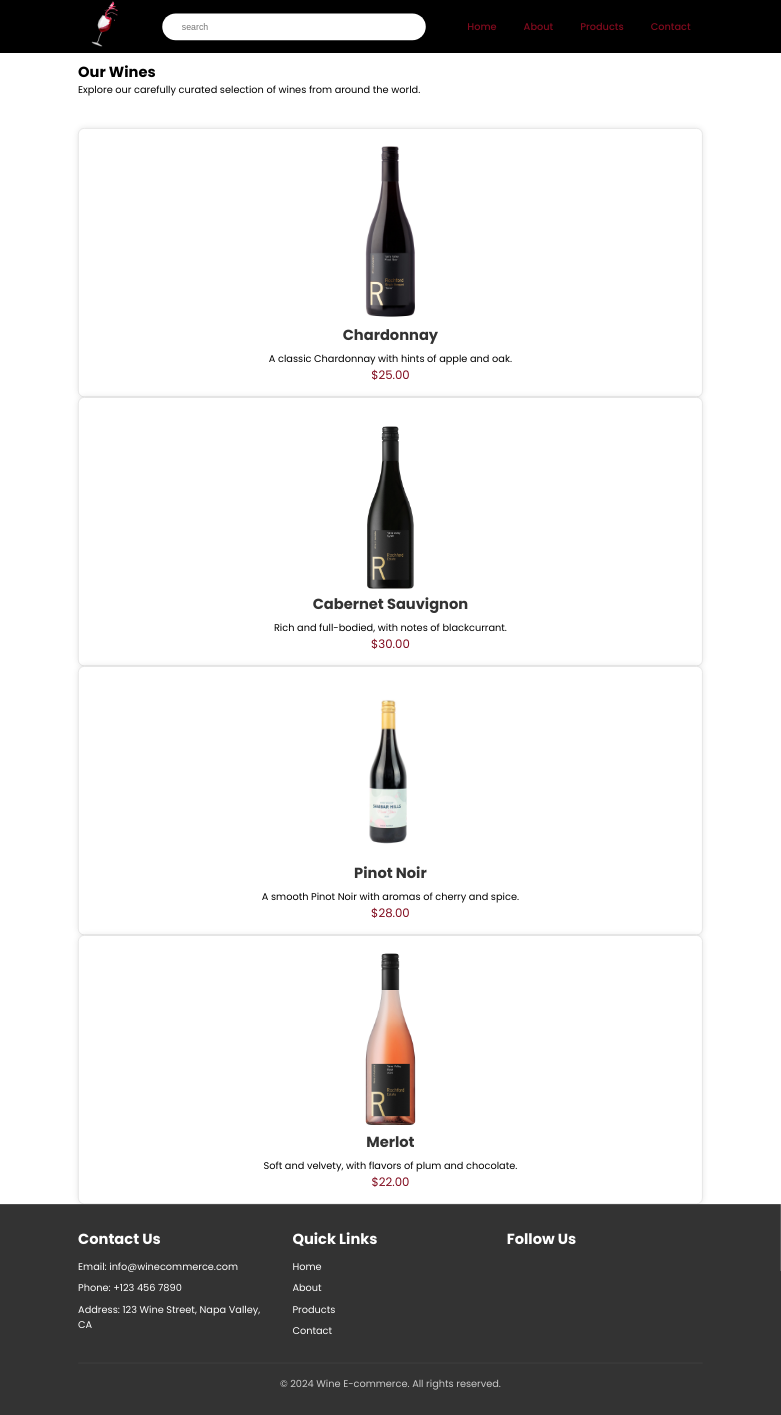
Repository: vncntxl/assesment3
Page: products.html
These files come from the project's save history. The page is drawn as it stood at one moment and after the next save; the edit follows.
The browser window is 1280 px wide. The pictures show the whole page, at 61% of full size.

Above is the page before, as saved 2024-08-22 13:27:59.

### products.html
<!DOCTYPE html>
<html lang="en">

<head>
    <meta charset="UTF-8">
    <meta name="viewport" content="width=device-width, initial-scale=1.0">
    <title>Products - Wine E-commerce</title>
    <link rel="stylesheet" href="styles.css">
</head>

<body>
    <!-- START OF NAVBAR -->
    <nav class="nav">
        <div class="container">
            <a href="index.html">
                <img class="logo" src="images/logo.png" alt="Logo">
            </a>
            <div class="search-bar">
                <i class="uil uil-search"></i>
                <input type="search" placeholder="search">
            </div>
            <ul>
                <li><a href="index.html">Home</a></li>
                <li><a href="about.html">About</a></li>
                <li><a href="products.html" class="active">Products</a></li>
                <li><a href="#">Contact</a></li>
            </ul>
        </div>
    </nav>
    <!-- END OF NAVBAR -->

    <!-- START OF PRODUCTS SECTION -->
    <section class="products-hero">
        <div class="container">
            <h1>Our Wines</h1>
            <p>Explore our carefully curated selection of wines from around the world.</p>
        </div>
    </section>

    <section class="product-grid container">
        <div class="product-card">
            <img src="images/wine1.jpg" alt="Chardonnay">
            <h3>Chardonnay</h3>
            <p class="description">A classic Chardonnay with hints of apple and oak.</p>
            <p class="price">$25.00</p>
        </div>

        <div class="product-card">
            <img src="images/wine2.png" alt="Cabernet Sauvignon">
            <h3>Cabernet Sauvignon</h3>
            <p class="description">Rich and full-bodied, with notes of blackcurrant.</p>
            <p class="price">$30.00</p>
        </div>

        <div class="product-card">
            <img src="images/wine3.webp" alt="Pinot Noir">
            <h3>Pinot Noir</h3>
            <p class="description">A smooth Pinot Noir with aromas of cherry and spice.</p>
            <p class="price">$28.00</p>
        </div>

        <div class="product-card">
            <img src="images/wine4.jpg" alt="Merlot">
            <h3>Merlot</h3>
            <p class="description">Soft and velvety, with flavors of plum and chocolate.</p>
            <p class="price">$22.00</p>
        </div>

        <!-- Add more product cards as needed -->
    </section>
    <!-- END OF PRODUCTS SECTION -->

    <!-- START OF FOOTER -->
    <footer class="footer">
        <div class="container">
            <div class="footer-columns">
                <div class="footer-column">
                    <h3>Contact Us</h3>
                    <ul>
                        <li>Email: info@winecommerce.com</li>
                        <li>Phone: +123 456 7890</li>
                        <li>Address: 123 Wine Street, Napa Valley, CA</li>
                    </ul>
                </div>
                <div class="footer-column">
                    <h3>Quick Links</h3>
                    <ul>
                        <li><a href="index.html">Home</a></li>
                        <li><a href="about.html">About</a></li>
                        <li><a href="products.html">Products</a></li>
                        <li><a href="#">Contact</a></li>
                    </ul>
                </div>
                <div class="footer-column">
                    <h3>Follow Us</h3>
                    <ul class="social-links">
                        <li><a href="#"><i class="uil uil-facebook-f"></i></a></li>
                        <li><a href="#"><i class="uil uil-twitter"></i></a></li>
                        <li><a href="#"><i class="uil uil-instagram"></i></a></li>
                        <li><a href="#"><i class="uil uil-linkedin-alt"></i></a></li>
                    </ul>
                </div>
            </div>
            <p class="footer-note">&copy; 2024 Wine E-commerce. All rights reserved.</p>
        </div>
    </footer>
    <!-- END OF FOOTER -->

</body>

</html>

### styles.css
/* font */
@import url('https://fonts.googleapis.com/css2?family=Poppins:ital,wght@0,100;0,200;0,300;0,400;0,500;0,600;0,700;0,800;0,900;1,100;1,200;1,300;1,400;1,500;1,600;1,700;1,800;1,900&display=swap');

* {
    padding: 0;
    margin: 0;
    box-sizing: border-box;
    outline: none;
    border: none;
}

body {
    font-family: 'Poppins', sans-serif;
}

.container {
    width: 80%;
    margin: 0 auto;
}

nav {
    width: 100%;
    background-color: black;
    padding: 0.7 rem 0;
    position: fixed;
    top: 0;
    z-index: 10;
}

.logo {
    max-width: 90px;
}

nav .container {
    display: flex;
    align-items: center;
    justify-content: space-between;
}

.search-bar {
    background-color: #fff;
    border-radius: 2rem;
    padding: 0.6rem 1rem;
    margin: 15px;
}

.search-bar input[type="search"] {
    background: transparent;
    width: 30vw;
    margin-left: 1rem;
    font-size: 0.9rem;
    color: #800A1D;

}

nav li {
    display: inline-block;
    padding: 0 20px;
}

nav li a {
    text-decoration: none;
    color: #800A1D;
    font-weight: 500;
}

.hero-section {
    margin-top: 85px;
}

.white-image {
    background-image: url(images/white.jpg);
}

.red-image {
    background-image: url(images/red.jpg);

}

.rose-image {
    background-image: url(images/rose.jpg);

}

.sparkling-image {
    background-image: url(images/white.jpg);

}

.carousel {
    background: #EEE;
    font-size: 80px;
    color: #fff;
    font-weight: 600;
    max-height: 500px;
    margin-bottom: 50px;
}
.carousel-cell {
    width: 100%;
    height: 500px;
    display: flex;
    align-items: center;
    justify-content: center;
    background-size: cover;
    background-position: center;
    background-repeat: no-repeat;
    transition: opacity 0.3s ease;
}

/* cell number */
.carousel-cell:before {
    display: block;
    text-align: center;
    line-height: 200px;
    font-size: 80px;
    color: white;
}


/* big buttons, no circle */
.flickity-prev-next-button {
    width: 50px;
    height: 50px;
    background: rgba(255, 255, 255, 0.5);
    position: absolute;
    top: 50%;
    transform: translateY(-50%);
    z-index: 1000;
}

/* arrow color */
.flickity-prev-next-button .arrow {
    fill: white;
}

.flickity-prev-next-button.no-svg {
    color: white;
}

.flickity-prev-next-button:hover {
    background: transparent;
}

/* hide disabled button */
.flickity-prev-next-button:disabled {
    display: none;
}
/* Start of main content section */
.main-content {
    margin: 0px px;
}

.featured-products {
    text-align: center;
    margin-bottom: 50px;
}

.featured-products h2 {
    font-size: 2.5rem;
    color: #800A1D;
}

.products {
    display: grid;
    grid-template-columns: repeat(auto-fit, minmax(250px, 1fr));
    gap: 20px;
    margin-top: 20px;
}

.product-card {
    background-color: #fff;
    border: 1px solid #ddd;
    border-radius: 10px;
    overflow: hidden;
    box-shadow: 0px 0px 10px rgba(0, 0, 0, 0.1);
    transition: transform 0.3s ease;
    text-align: center;
    padding: 20px;
}

.product-card img {
    width: 100%;
    height: 300px;
    object-fit: contain;
    display: block;
    margin: 0 auto;
}


.product-card h3 {
    font-size: 1.5rem;
    color: #333;
    margin-bottom: 10px;
}

.product-card .price {
    font-size: 1.2rem;
    color: #800A1D;
}

.product-card:hover {
    transform: translateY(-5px);
}

/* About Us Section */
.about-us {
    text-align: center;
    padding: 50px 50px;
    width: 100%;
}

.about-us h2 {
    font-size: 2.5rem;
    color: #800A1D;
    margin-bottom: 20px;
}

.about-us p {
    font-size: 1.1rem;
    color: #666;
    margin-bottom: 30px;
}

.about-us .btn {
    display: inline-block;
    background-color: #800A1D;
    color: #fff;
    padding: 10px 20px;
    border-radius: 20px;
    text-decoration: none;
    transition: background-color 0.3s ease;
}

.about-us .btn:hover {
    background-color: #a00;
}

/* Footer Styles */
.footer {
    background-color: #333;
    color: #fff;
    padding: 40px 0;
    text-align: left;
}

.footer-columns {
    display: grid;
    grid-template-columns: repeat(auto-fit, minmax(200px, 1fr));
    gap: 30px;
    margin-bottom: 30px;
}

.footer-column h3 {
    font-size: 1.5rem;
    margin-bottom: 15px;
}

.footer-column ul {
    list-style: none;
}

.footer-column ul li {
    margin-bottom: 10px;
}

.footer-column ul li a {
    color: #fff;
    text-decoration: none;
}

.footer-column ul li a:hover {
    text-decoration: underline;
}

.social-links {
    display: flex;
    gap: 10px;
}

.social-links li {
    list-style: none;
}

.social-links li a {
    color: #fff;
    font-size: 1.5rem;
    transition: color 0.3s ease;
}

.social-links li a:hover {
    color: #800A1D;
}

.footer-note {
    text-align: center;
    font-size: 1rem;
    color: #ccc;
    border-top: 1px solid #444;
    padding-top: 20px;
    margin-top: 20px;
}

.about-hero {
    background-image: url('images/about-background.jpg');
    background-size: cover;
    background-position: center;
    padding-bottom: 50px;
    text-align: center;
    color: #fff;
}

.about-hero h1 {
    font-size: 3rem;
    margin-bottom: 20px;
}

.about-hero p {
    font-size: 1.2rem;
    max-width: 700px;
    margin: 0 auto;
}

.about-content {
    display: flex;
    flex-wrap: wrap;
    margin-top: 50px;
}

.about-text {
    flex: 1;
    padding-right: 20px;
}

.about-image {
    flex: 1;
}

.about-image img {
    max-width: 100%;
    border-radius: 10px;
    box-shadow: 0px 0px 20px rgba(0, 0, 0, 0.1);
}

.team {
    text-align: center;
    margin-top: 80px;
}

.team h2 {
    font-size: 2.5rem;
    color: #800A1D;
    margin-bottom: 50px;
}

.team-grid {
    display: grid;
    grid-template-columns: repeat(auto-fit, minmax(200px, 1fr));
    gap: 30px;
}

.team-member {
    text-align: center;
}

.team-member img {
    width: 100%;
    height: auto;
    border-radius: 50%;
    margin-bottom: 15px;
}

.team-member h3 {
    font-size: 1.5rem;
    color: #333;
    margin-bottom: 5px;
}

.team-member p {
    font-size: 1rem;
    color: #777;
}

.products-hero{
    margin-top: 100px;
    margin-bottom: 50px;
}
.products-hero .product-card{
    margin-bottom: 50px;
}

After the next save:
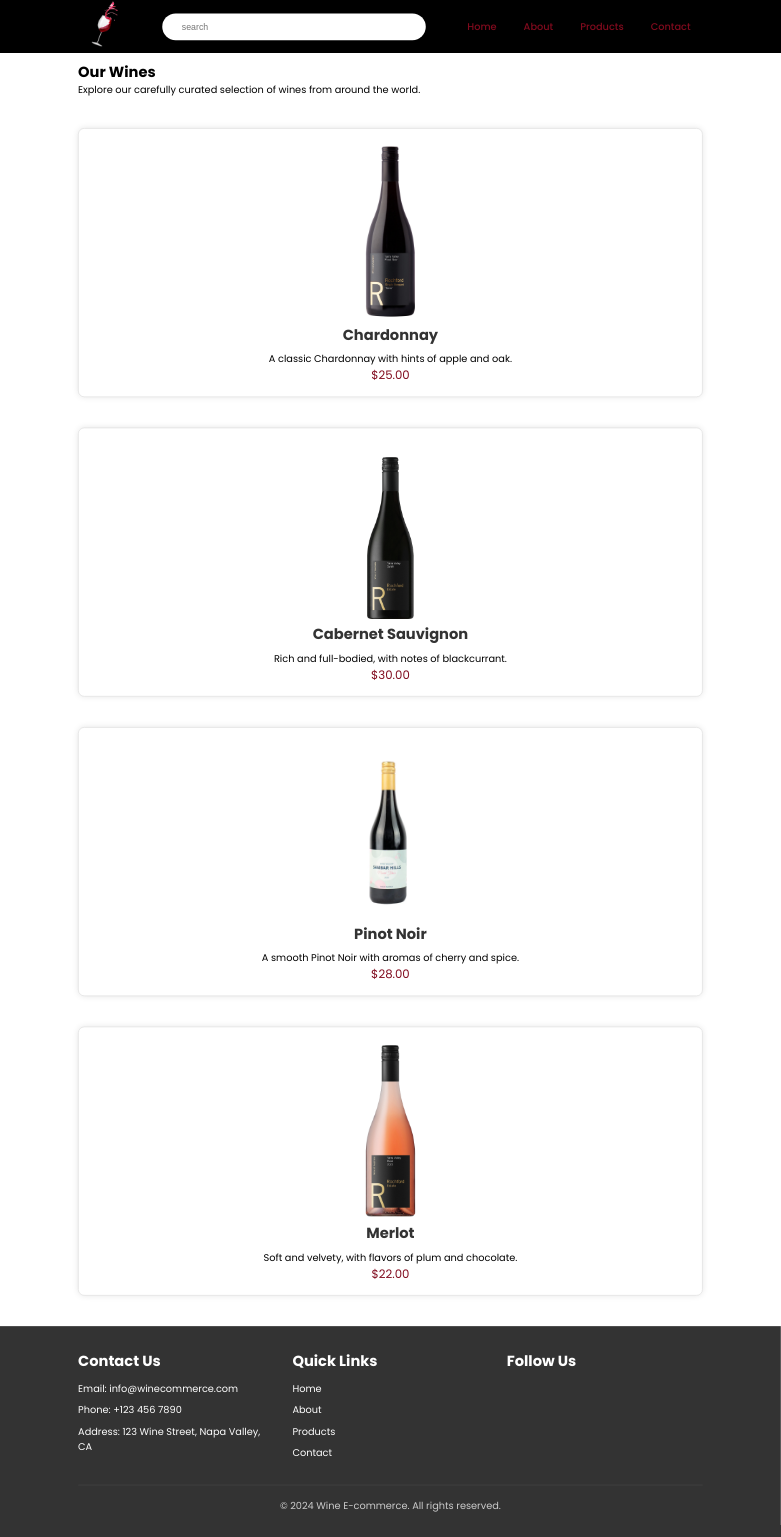
Saved 22 s later.
--- a/styles.css
+++ b/styles.css
@@ -384,6 +384,6 @@
     margin-top: 100px;
     margin-bottom: 50px;
 }
-.products-hero .product-card{
-    margin-bottom: 50px;
-}
+.product-card{
+    margin-bottom: 50px;
+}

After the save that followed:
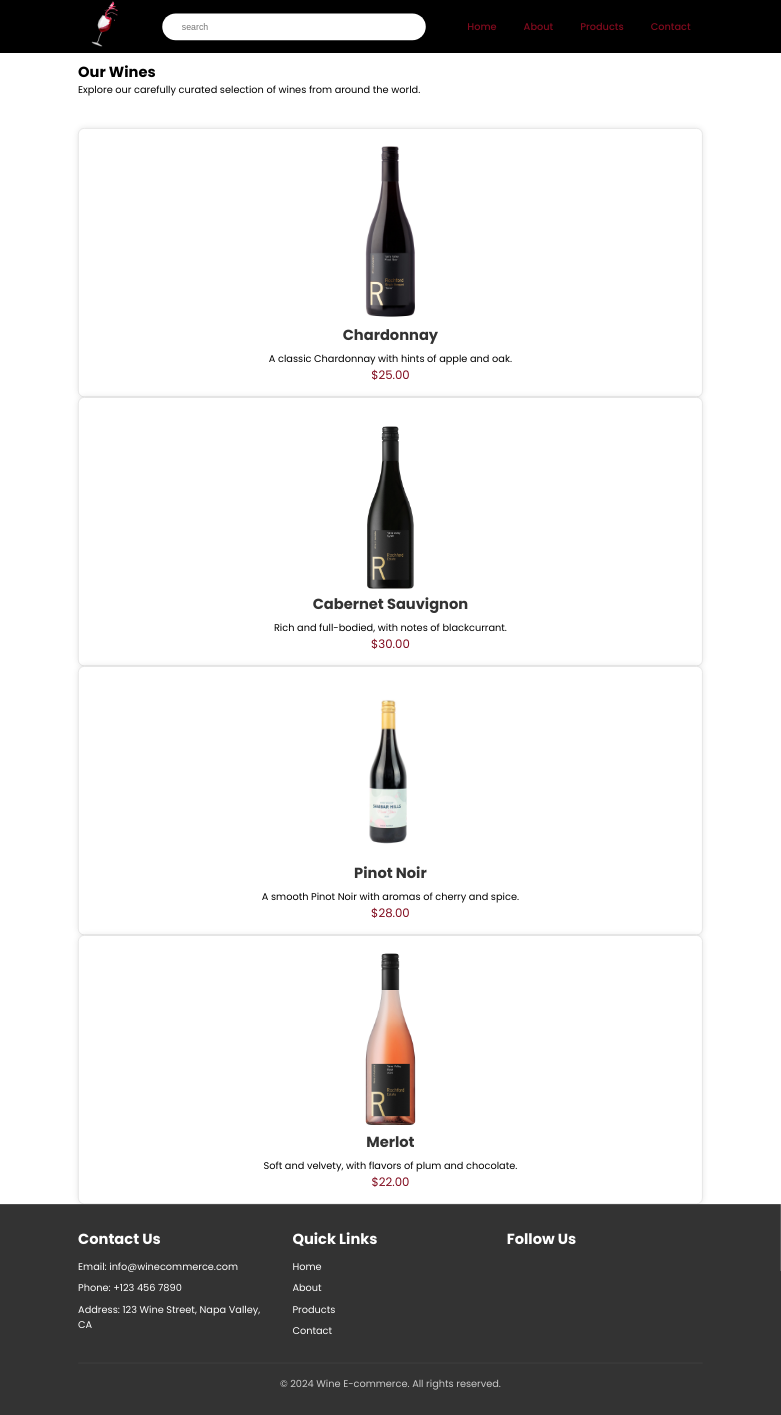
Saved 18 s later.
--- a/styles.css
+++ b/styles.css
@@ -384,6 +384,6 @@
     margin-top: 100px;
     margin-bottom: 50px;
 }
-.product-card{
-    margin-bottom: 50px;
-}
+.products-hero .product-card{
+    margin-bottom: ;
+}
